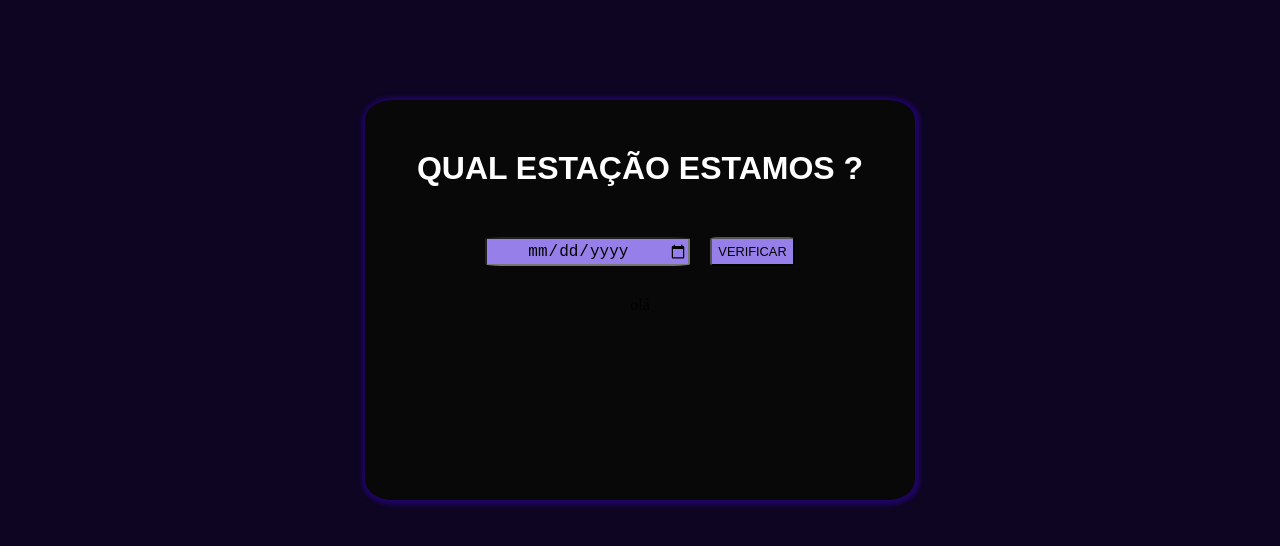
Repository: Ramonuriel/JS-Projetos
Page: Qual horario é/index.html
An editor plug-in stored every save of this project. The page is shown before and after a run of saves, followed by the edit.
The browser window is 1280 px wide. The pictures show the whole page.

Above is the page before, as saved 2022-11-14 16:07:46.

### Qual horario é/index.html
<!DOCTYPE html>
<html lang="pt-Br">

<head>
  <meta charset="UTF-8">
  <meta http-equiv="X-UA-Compatible" content="IE=edge">
  <meta name="viewport" content="width=device-width, initial-scale=1.0">
  <link rel="stylesheet" href="Css/style.css">
  <title>Qual Estação estamos ? ?</title>
</head>

<body>
  <section class="projeto">
    <h1 class="title-projeto">
      Qual Estação estamos ?
    </h1>
    <div class="box">
      <input type="date" name="" id="data">
      <button class="btn" type="submit">Verificar</button>
    </div>
    <div class="resultado">

    </div>
  </section>


  <script src="/Js/script.js"></script>
</body>

</html>

### Qual horario é/Css/style.css
html {
  margin: 0%;
  padding: 0%;
  max-width: 1400px;
  max-height: 700px;
}
body {
  background-color: rgb(14, 5, 34);
}
.projeto {
  margin-top: 100px;
  margin-left: auto;
  margin-right: auto;
  display: flex;
  flex-direction: column;
  align-items: center;
  box-sizing: content-box;
  width: 550px;
  background-color: rgb(8, 8, 8);
  height: 400px;
  border-radius: 5%;
  box-shadow: 1px 1px 4px 4px rgb(31, 4, 100);
}

.title-projeto {
  text-transform: uppercase;
  font-family: Arial, sans-serif;
  font-size: 2rem;
  color: white;
  margin-top: 50px;
  margin-bottom: 50px;
}

.box {
  display: flex;
}
#data {
  width: 200px;
  height: 25px;
  background-color: rgb(150, 127, 233);
  color: black;
  margin-right: 20px;
  font-size: 1rem;
  text-align: center;
  border-radius: 8%;
}

.btn {
  font-size: 0.8rem;
  text-transform: uppercase;
  border-radius: 8%;
  cursor: pointer;
  background-color: rgb(150, 127, 233);
}

.resultado {
  display: flex;
  flex-direction: column;
  align-items: center;
  margin-top: 30px;
  width: 90%;
  height: 200px;
}

### Qual horario é/Js/script.js
var btn = document.querySelector('.btn')
var calendario = document.querySelector('#data')
var res = document.querySelector('.resultado')
btn.addEventListener('click', clicar())

function clicar() {
  res.innerHTML = 'olá'
}

After the next 2 saves:
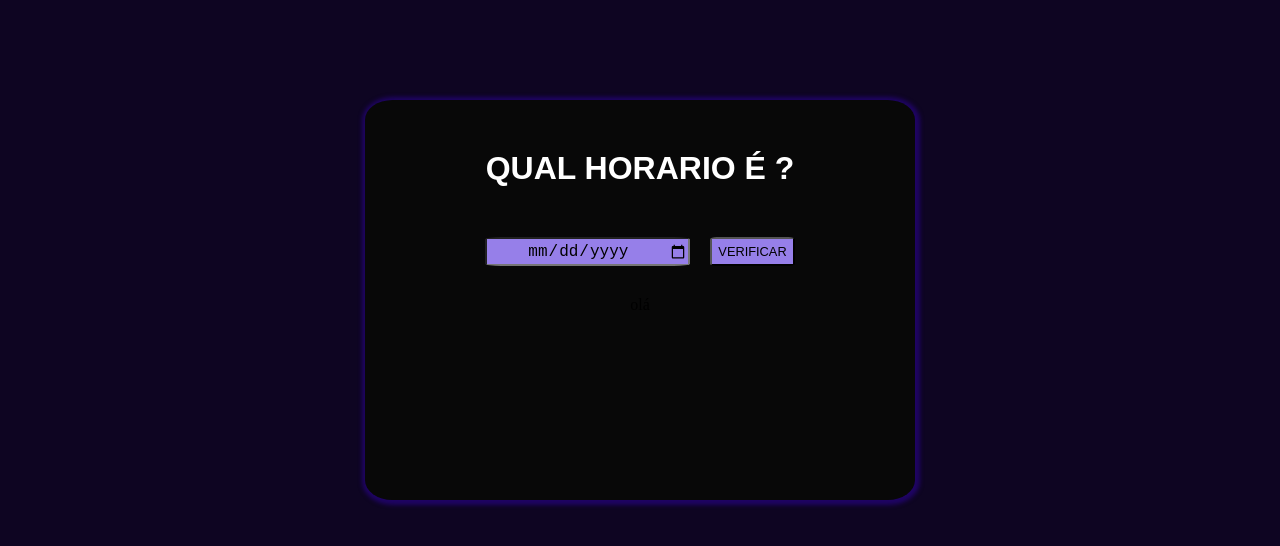
The 2 saves are shown as one change because they came seconds apart.
The last was saved 4 min 26 s later.
--- a/Qual horario é/index.html
+++ b/Qual horario é/index.html
@@ -12,7 +12,7 @@
 <body>
   <section class="projeto">
     <h1 class="title-projeto">
-      Qual Estação estamos ?
+      Qual Horario é ?
     </h1>
     <div class="box">
       <input type="date" name="" id="data">
